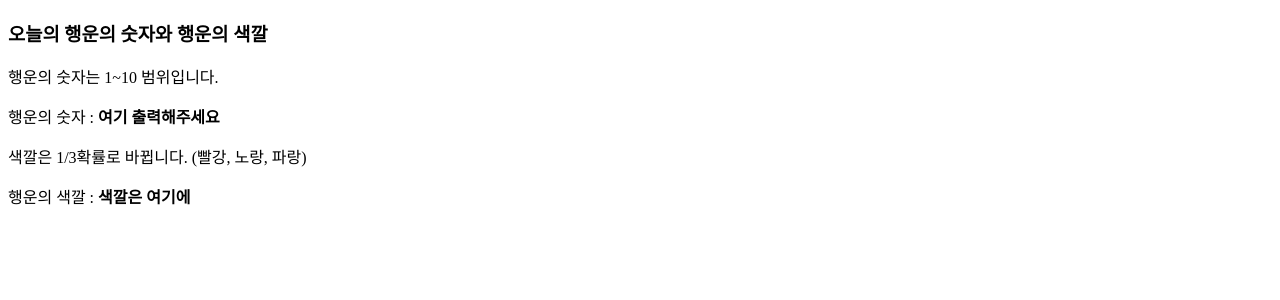
Repository: Kimhwawon/jsp_practice
Page: http://localhost/JSPBasic/JspTag/TagQ01.jsp
The author's editor kept a copy of each file at every save. The page is drawn from the files as they stood at one save, then again after the next save.
The browser window is 1280 px wide. The pictures show the whole page.
The page is served by Tomcat 9.

Above is the page before, as saved 2022-01-28 05:28:43.

After the next save:
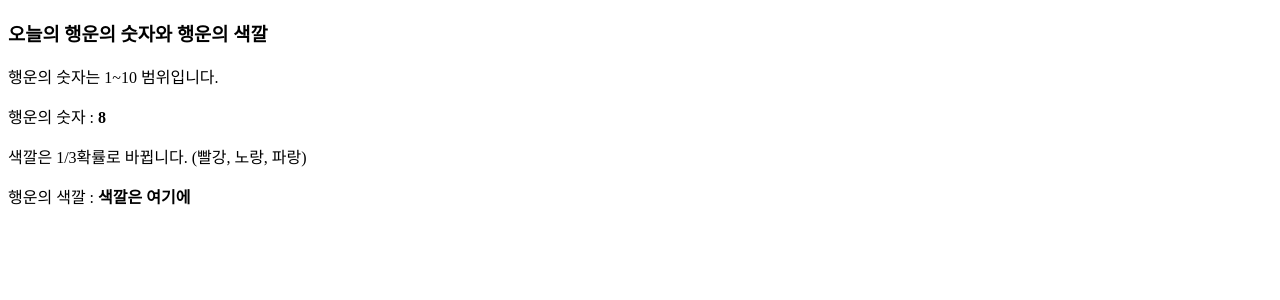
Saved 61 s later.
--- a/JSPBasic/src/main/webapp/JspTag/TagQ01.jsp
+++ b/JSPBasic/src/main/webapp/JspTag/TagQ01.jsp
@@ -22,7 +22,7 @@
 	%>
 		<h3>오늘의 행운의 숫자와 행운의 색깔</h3>
 		<p>행운의 숫자는 1~10 범위입니다. </p>
-		<p>행운의 숫자 : <b>여기 출력해주세요</b></p>
+		<p>행운의 숫자 : <b><%= randomNumber() %></b></p>
 		<p>색깔은 1/3확률로 바뀝니다. (빨강, 노랑, 파랑)</p>
 		<p>행운의 색깔 : <b>색깔은 여기에</b></p>
 
